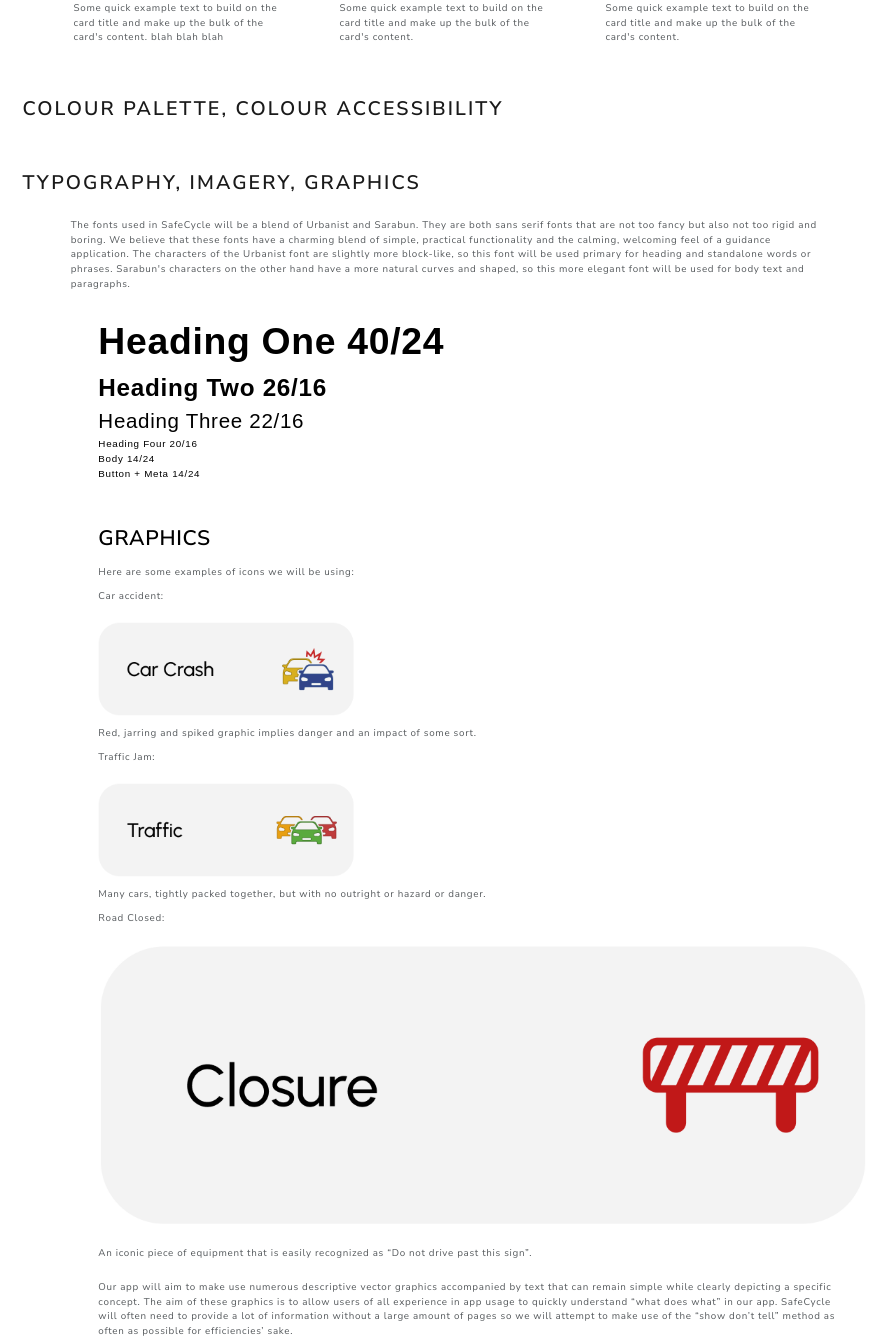
Repository: Aladdin3r/safecycle-styleguide
Page: /
These files come from the project's save history. The page is drawn as it stood at one moment and after a run of saves; the edit follows.
The browser window is 1280 px wide. The pictures show the part of the page from y = 2274 to 4194 px (the page is 6278 px tall before and 7669 px after), at 70% of full size.
The project was rebuilt for these pictures with package versions that can differ from the ones it lists, and the page was loaded fresh each time. The framework's server and built-in components were replaced by stand-ins that run in the browser. Also part of the build but not shown: next.config.mjs.

Above is the page before, as saved 2024-04-09 23:08:37.

### pages/_app.js
import "@/styles/globals.css";
import "@/styles/bootstrap.min.css";
import { useEffect } from "react";


export default function App({ Component, pageProps }) {

  useEffect(() => {
    require("bootstrap/dist/js/bootstrap.bundle.min.js");
  }, []);
  return <Component {...pageProps} />;
}

### pages/index.js
import Head from "next/head";
import styles from "@/styles/Home.module.css"

export default function Home() {

  return (
    <>
      <Head>
        <title>SafeCycle Styleguide</title>
        <meta name="description"
        content=
        "Created by Rawan Aladdin, Nea Pieroelie, Andrew Turitsa."
       />
        <meta name="viewport" content="width=device-width, initial-scale=1" />
        <link rel="icon" href="/favicon1.svg" />
      </Head>
      <nav class="navbar navbar-expand-lg bg-light sticky-top" data-bs-theme="light">
        <div class="container-fluid">
          <a class="navbar-brand" href="#">SafeCycle</a>
          <button class="navbar-toggler" type="button" data-bs-toggle="collapse" data-bs-target="#navbarColor03" aria-controls="navbarColor03" aria-expanded="false" aria-label="Toggle navigation">
            <span class="navbar-toggler-icon"></span>
          </button>
          <div class="collapse navbar-collapse" id="navbarColor03">
            <ul class="navbar-nav me-auto">
              <li class="nav-item">
                <a class="nav-link active" href="#">Home</a>
              </li>
              <li class="nav-item">
                <a class="nav-link" href="#logo">Logo</a>
              </li>
              <li class="nav-item">
                <a class="nav-link" href="#colours">Colours</a>
              </li>
              <li class="nav-item">
                <a class="nav-link" href="#types">Typography, Imagery, Graphics</a>
              </li>
              <li class="nav-item">
                <a class="nav-link" href="#refs">References</a>
              </li>
            </ul>
          </div>
        </div>
      </nav>
      <main>
      <div class="jumbotron">
        <h1 class="display-3 mt-5 pt-5">SafeCycle</h1>
        <p class="display-4 pb-5">Styleguide</p>
        <hr class="my-5"/>
        <p class="mb-5">Rawan Aladdin, Nea Pieroelie, Andrew Turitsa</p>
        <p class="lead mb-5">
          <a class="btn btn-primary btn-lg my-5" href="#logo" role="button">Start the guide</a>
        </p>
      </div>
      <div id="logo" class="p-4">
        <h2 class="p-2 mt-3">Logo Design</h2>
        <p class="p-3">
          Logo font choice: DIN condensed bold
          colours: #F0983F orange #911C12 red #AD5C0A pale orange
        </p>
        <div class="container">
          <div class="card-group">
              <div class="row">
                <div className="col-sm-4">
                  <div class="bg-primary card text-white mb-3" className={styles.card}>
                    <div class="card-body">
                      <h4 class="card-title">Full-colour logo</h4>
                      <img class="card-img-top" src="/fullcolourlogo.svg" alt="full-colour logo"></img>
                      <p class="card-text">Some quick example text to build on the card title and make up the bulk of the card's content. blah blah blah</p>
                    </div>
                  </div>
                </div>

                <div className="col-sm-4">
                  <div class="bg-primary card text-white mb-3" className={styles.card}>
                  <div class="card-body">
                    <h4 class="card-title">Black and white Logo</h4>
                    <img class="card-img-top" src="/blackandwhitelogo.svg" alt="black and white logo"></img>
                    <p class="card-text">Some quick example text to build on the card title and make up the bulk of the card's content.</p>
                  </div>
                  </div>
                </div>

                <div className="col-sm-4">
                  <div class="bg-primary card text-white mb-3" className={styles.card}>
                  <div class="card-body">
                    <h4 class="card-title">Greyscale Logo</h4>
                    <img class="card-img-top" src="/greyscalelogo.svg" alt="greyscale logo"></img>
                    <p class="card-text">Some quick example text to build on the card title and make up the bulk of the card's content.</p>
                  </div>
                  </div>
                </div>

              </div>

              <div class="row">
                <div className="col-sm-4">
                  <div class="bg-primary card text-white mb-3" className={styles.card}>
                    <div class="card-body">
                      <h4 class="card-title">Monochromatic logo</h4>
                      <img class="card-img-top" src="/monochromatic.svg" alt="Monochromatic logo"></img>
                      <p class="card-text">Some quick example text to build on the card title and make up the bulk of the card's content. blah blah blah</p>
                    </div>
                  </div>
                </div>

                <div className="col-sm-4">
                  <div class="bg-primary card text-white mb-3" className={styles.card}>
                  <div class="card-body">
                    <h4 class="card-title">Horizontal version of full-colour Logo</h4>
                    <img class="card-img-top" src="/horizontalfullcolour.svg" alt="horizontal full colour logo"></img>
                    <p class="card-text">Some quick example text to build on the card title and make up the bulk of the card's content.</p>
                  </div>
                  </div>

              </div>

              <div className="col-sm-4">
                <div class="bg-primary card  text-white mb-3" className={styles.card}>
                <div class="card-body">
                  <h4 class="card-title">Stacked/vertical version of full-colour Logo</h4>
                  <img class="card-img-top" src="/verticalfullcolour.svg" alt="stacked/vertical colour logo"></img>
                  <p class="card-text">Some quick example text to build on the card title and make up the bulk of the card's content.</p>
                </div>
                </div>
              </div>
            </div>
            <div class="row">
                <div className="col-sm-4">
                  <div class="bg-primary card text-white mb-3" className={styles.card}>
                    <div class="card-body z-3">
                      <h4 class="card-title">16x16px Favicon</h4>
                      <img class="card-img-top" src="/favicon1.svg" alt="xs favicon"></img>
                      <p class="card-text">Some quick example text to build on the card title and make up the bulk of the card's content. blah blah blah</p>
                    </div>
                  </div>
                </div>

                <div className="col-sm-4">
                  <div class="bg-primary card  text-white mb-3" className={styles.card}>
                  <div class="card-body">
                    <h4 class="card-title">32x32px Favicon</h4>
                    <img class="card-img-top" src="/favicon2.svg" alt="small favicon"></img>
                    <p class="card-text">Some quick example text to build on the card title and make up the bulk of the card's content.</p>
                  </div>
                  </div>

              </div>

              <div className="col-sm-4">
                <div class="bg-primary card text-white mb-3" className={styles.card}>
                <div class="card-body">
                  <h4 class="card-title">48x48px Favicon</h4>
                  <img class="card-img-top" src="/favicon3.svg" alt="normal favicon"></img>
                  <p class="card-text">Some quick example text to build on the card title and make up the bulk of the card's content.</p>
                </div>
                </div>
              </div>
            </div>
          </div>
        </div>
      </div>
      <div id="colours" class="p-4">
        <h2 class="p-2">Colour Palette, Colour Accessibility</h2>
        <div class="container">

        </div>
      </div>
      <div id="types" class="p-4">
        <h2 class="p-2">Typography, Imagery, Graphics</h2>
        <div class="container">
        <p className={styles.typo_desc} class="p-3">
        The fonts used in SafeCycle will be a blend of Urbanist and Sarabun. They are both sans serif fonts that are not too fancy but also not too rigid and boring. We believe that these fonts have a charming blend of simple, practical functionality and the calming, welcoming feel of a guidance application.  The characters of the Urbanist font are slightly more block-like, so this font will be used primary for heading and standalone words or phrases. Sarabun's characters on the other hand have a more natural curves and shaped, so this more elegant font will be used for body text and paragraphs.
        </p>
        <div className={styles.h1Typo}>Heading One 40/24</div>
        <div className={styles.h2Typo}>Heading Two 26/16</div>
        <div className={styles.h3Typo}>Heading Three 22/16</div>
        <div className={styles.h4Typo}>Heading Four 20/16</div>
        <div className={styles.BodyTypo}>Body 14/24</div>
        <div className={styles.ButtonMetaTypo}>Button + Meta 14/24</div>
        <div className={styles.graphicTitle}>GRAPHICS</div>
        <div className={styles.graphicName}>Here are some examples of icons we will be using:</div>
        <div className={styles.graphicName}>Car accident:</div>
        <img className={styles.carCrash} src="/carCrash.png" alt="Car Accident"></img>
        <div className={styles.graphicDesc}>Red, jarring and spiked graphic implies danger and an impact of some sort.</div>
        <div className={styles.graphicName}>Traffic Jam:</div>
        <img className={styles.traffic} src="/traffic.png" alt="Traffic"></img>
        <div className={styles.graphicDesc}>Many cars, tightly packed together, but with no outright or hazard or danger.</div>
        <div className={styles.graphicName}>Road Closed:</div>
        <img className={styles.roadClosed} src="/roadClosed.png" alt="Road Closed"></img>
        <div className={styles.graphicDesc}>An iconic piece of equipment that is easily recognized as “Do not drive past this sign”.</div>
        <div className={styles.graphicExpl}>Our app will aim to make use numerous descriptive vector graphics accompanied by text that can remain simple while clearly depicting a specific concept. The aim of these graphics is to allow users of all experience in app usage to quickly understand “what does what” in our app. SafeCycle will often need to provide a lot of information without a large amount of pages so we will attempt to make use of the “show don’t tell” method as often as possible for efficiencies’ sake.</div>
        <div className={styles.graphicTitle}>IMAGERY</div>
        <div className={styles.graphicExpl}>Being a map app, Safestyle would often be needed by the users to view information about an actual physical location, that users may visit themselves. Thus, we will attempt to make use of as many actual images of the area that they are investigating as possible. This can be seen in the example below.</div>
        <img className={styles.locationPage} src="/locationPage.png" alt="Location Page"></img>


        </div>
        </div>
      <div id="refs" class="p-4">
        <h2 class="p-2">References</h2>
        <div class="container">

        </div>
      </div>
      </main>
    </>
  );
}

### styles/Home.module.css
.main {
  display: flex;
  flex-direction: column;
  justify-content: space-between;
  align-items: center;
  padding: 6rem;
  min-height: 100vh;
}
.card{
  max-width: 30em;
}

.typo_desc{
  /* margin-left: -14.5em; */
  margin-left: 5%;

}
.h1Typo {
  font-family: "Urbanist", sans-serif;
  font-style: bold;
  font-size: 40pt;
  font-weight: 900;
  color: black;
  /* margin-left: -4em; */
  margin-left: 5%;
}
.h2Typo {
  font-family: "Urbanist", sans-serif;
  font-style: bold;
  font-size: 26pt;
  font-weight: 600;
  color: black;
  /* margin-left: -6em; */
  margin-left: 5%;
}
.h3Typo {
  font-family: "Urbanist", sans-serif;
  font-style: bold;
  font-size: 22pt;
  font-weight: 500;
  color: black;
  /* margin-left: -7em; */
  margin-left: 5%;
}
.h4Typo {
  font-family: "Urbanist", sans-serif;
  font-style: bold;
  font-size: 20;
  font-weight: 500;
  color: black;
  /* margin-left: -14.5em; */
  margin-left: 5%;
}

.BodyTypo {
  font-family: "Sarabun", sans-serif;
  font-weight:500;
  font-style: normal;
  color: black;
  font-size: 18;
  /* margin-left: -14.5em; */
  margin-left: 5%;
}
.ButtonMetaTypo {
  font-family: "Sarabun", sans-serif;
  font-weight:500;
  font-style: normal;
  color: black;
  font-size: 18;
  /* margin-left: -14.5em; */
  margin-left: 5%;
}
.graphicTitle{
  margin-top: 2em;
  /* margin-left: -7em; */
  margin-left: 5%;
  font-weight: bold;
  font-size: 30px;
  color: black;
}
.carCrash{
  margin-top: 2em;
  /* margin-left: -14em; */
  margin-left: 5%;
}

.graphicDesc{
  margin-top: 1em;
  /* margin-left: -14em; */
  margin-left: 5%;
}

.graphicName{
  margin-top: 1em;
  /* margin-left: -14em; */
  margin-left: 5%;
}

.graphicExpl{
  margin-top: 2em;
  margin-bottom: 2em;
  /* margin-left: -14em; */
  margin-left: 5%;
}

.traffic{
  margin-top: 2em;
  /* margin-left: -14em; */
  margin-left: 5%;
}

.roadClosed{
  margin-top: 2em;
  /* margin-left: -14em; */
  margin-left: 5%;
}

.locationPage{
  margin-top: 2em;
    /* margin-left: -14em; */
    margin-left: 5%;
    border: solid black;
}

Loaded but not shown: pages/_document.js (common file); styles/globals.css (common file); styles/bootstrap.min.css (library)

After the next 2 saves:
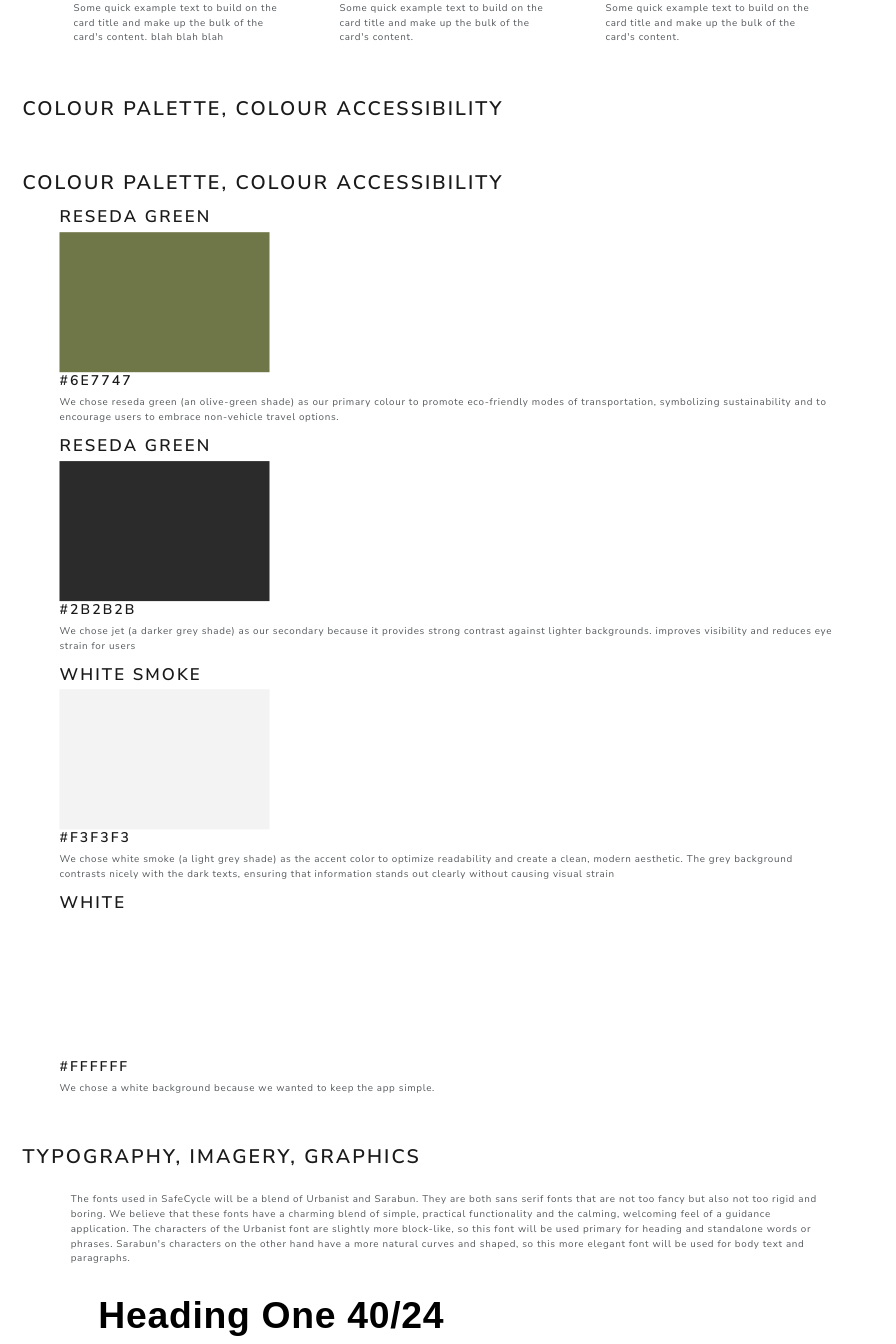
The 2 saves are shown as one change because 1 did not build or start.
The last was saved 30 min 31 s later.
--- a/pages/index.js
+++ b/pages/index.js
@@ -1,5 +1,6 @@
 import Head from "next/head";
 import styles from "@/styles/Home.module.css"
+import Image from "next/image";
 
 export default function Home() {
 
@@ -165,6 +166,72 @@
 
         </div>
       </div>
+
+
+      <div id="colours" className="p-4">
+          <h2 className="p-2">Colour Palette, Colour Accessibility</h2>
+          <div className="container">
+            <div className={styles.resedagreen}>
+              <div className={styles.colourh3}>
+                <h3>Reseda Green</h3>
+              </div>
+              <div className={styles.colourimage}>
+                <Image src="/images/reseda-green.png" alt="Musty green colour called reseda green" width="300" height="200"/>
+              </div>
+              <div className={styles.colourh4}>
+                <h4>#6E7747</h4>
+              </div>
+              <div className={styles.colourp}>
+                <p>We chose reseda green (an olive-green shade) as our primary colour to promote eco-friendly modes of transportation, symbolizing sustainability and to encourage users to embrace non-vehicle travel options.</p>
+              </div>
+            </div>
+            <div className={styles.jet}>
+              <div className={styles.colourh3}>
+                <h3>Reseda Green</h3>
+              </div>
+              <div className={styles.colourimage}>
+                <Image src="/images/jet.png" alt="A dark grey closer to black" width="300" height="200"/>
+              </div>
+              <div className={styles.colourh4}>
+                <h4>#2B2B2B</h4>
+              </div>
+              <div className={styles.colourp}>
+                <p>We chose jet (a darker grey shade) as our secondary because it provides strong contrast against lighter backgrounds. improves visibility and reduces eye strain for users</p>
+              </div>
+            </div>
+            <div className={styles.whitesmoke}>
+              <div className={styles.colourh3}>
+                <h3>White Smoke</h3>
+              </div>
+              <div className={styles.colourimage}>
+                <Image src="/images/white-smoke.png" alt="A very light grey color" width="300" height="200"/>
+              </div>
+              <div className={styles.colourh4}>
+                <h4>#F3F3F3</h4>
+              </div>
+              <div className={styles.colourp}>
+                <p>We chose white smoke (a light grey shade) as the accent color to optimize readability and create a clean, modern aesthetic. The grey background contrasts nicely with the dark texts, ensuring that information stands out clearly without causing visual strain</p>
+              </div>
+            </div>
+            <div className={styles.white}>
+              <div className={styles.colourh3}>
+                <h3>White</h3>
+              </div>
+              <div className={styles.colourimage}>
+                <Image src="/images/white.png" alt="White" width="300" height="200"/>
+              </div>
+              <div className={styles.colourh4}>
+                <h4>#FFFFFF</h4>
+              </div>
+              <div className={styles.colourp}>
+                <p>We chose a white background because we wanted to keep the app simple. </p>
+              </div>
+            </div>
+          </div>
+        </div>
+
+
+
       <div id="types" class="p-4">
         <h2 class="p-2">Typography, Imagery, Graphics</h2>
         <div class="container">
